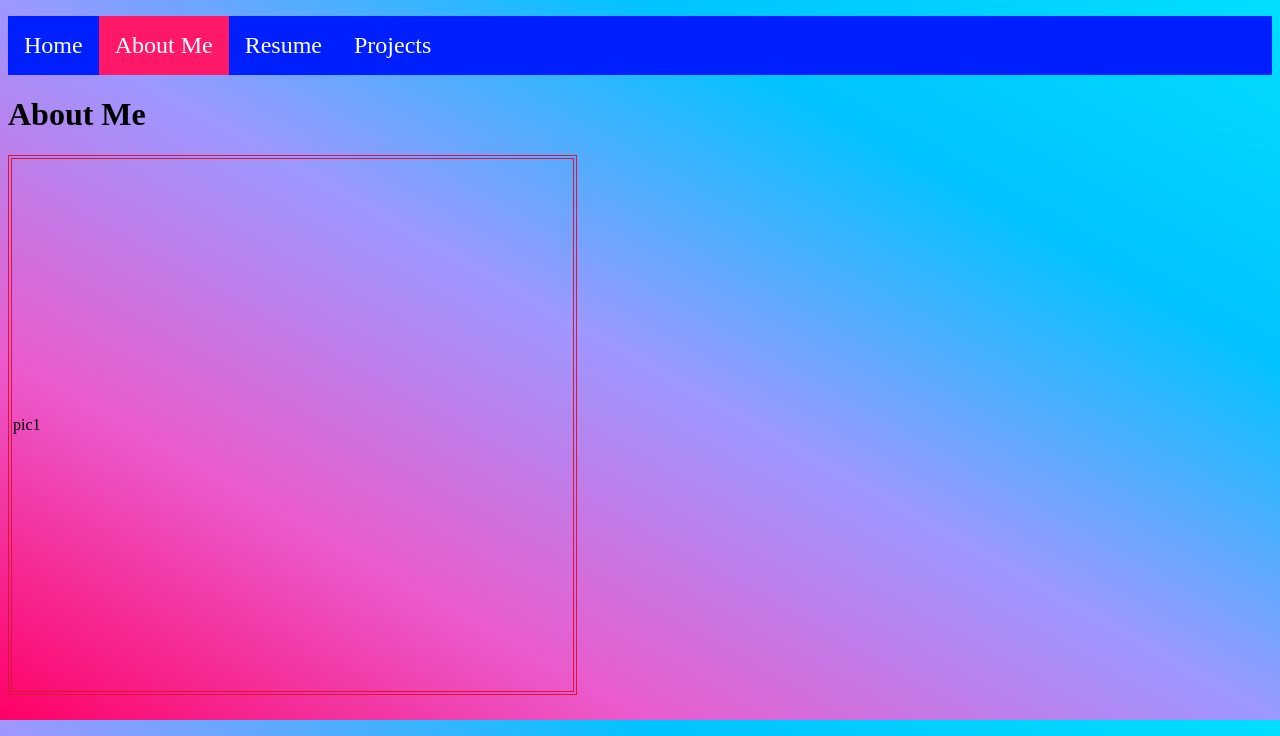
Repository: Zatarain10/Zatarain10.github.io
Page: aboutme.html
The author's editor kept a record of every edit. The page is drawn from the files as they stood at one moment, then again after the next edit.
The browser window is 1280 px wide. The pictures show the whole page.

Above is the page before.

After the next edit:
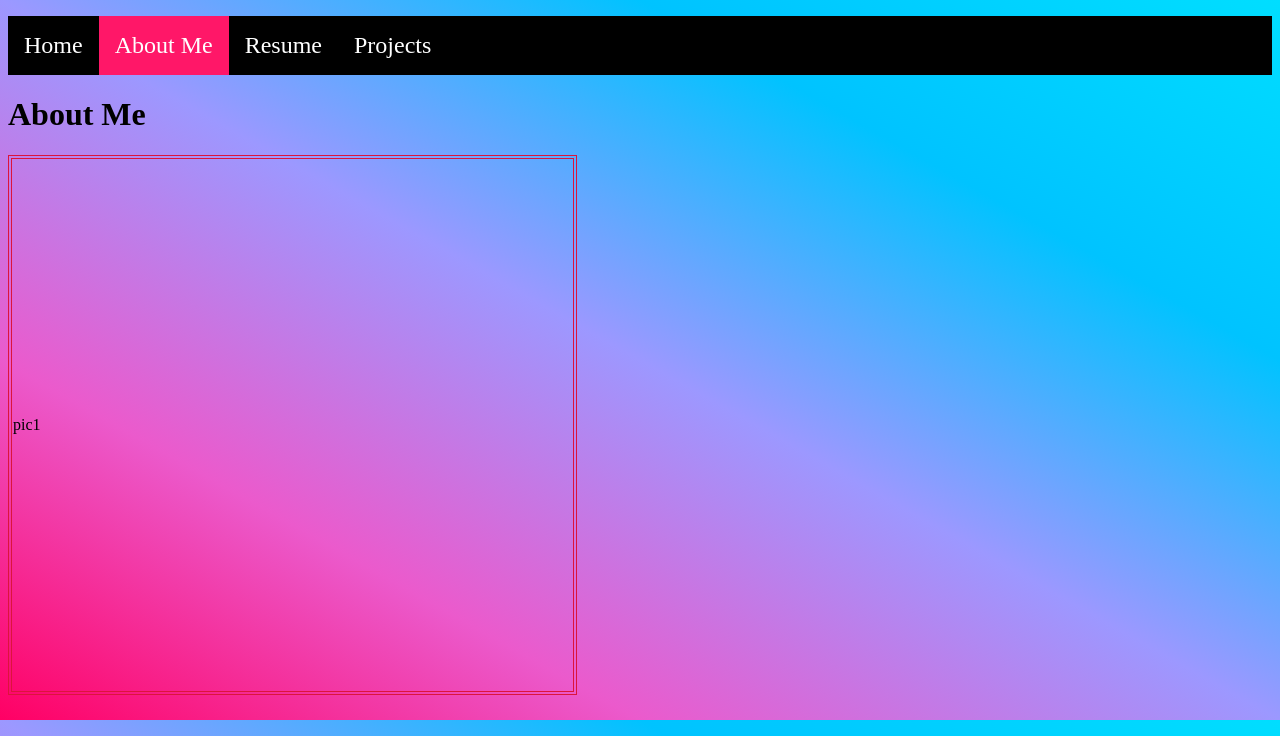
The edit:
--- a/style.css
+++ b/style.css
@@ -1,6 +1,6 @@
         .navbar{
             list-style:none;
-            background-color: #001fff;
+            background-color: Black;
             overflow:hidden;
             padding:0;
         }
